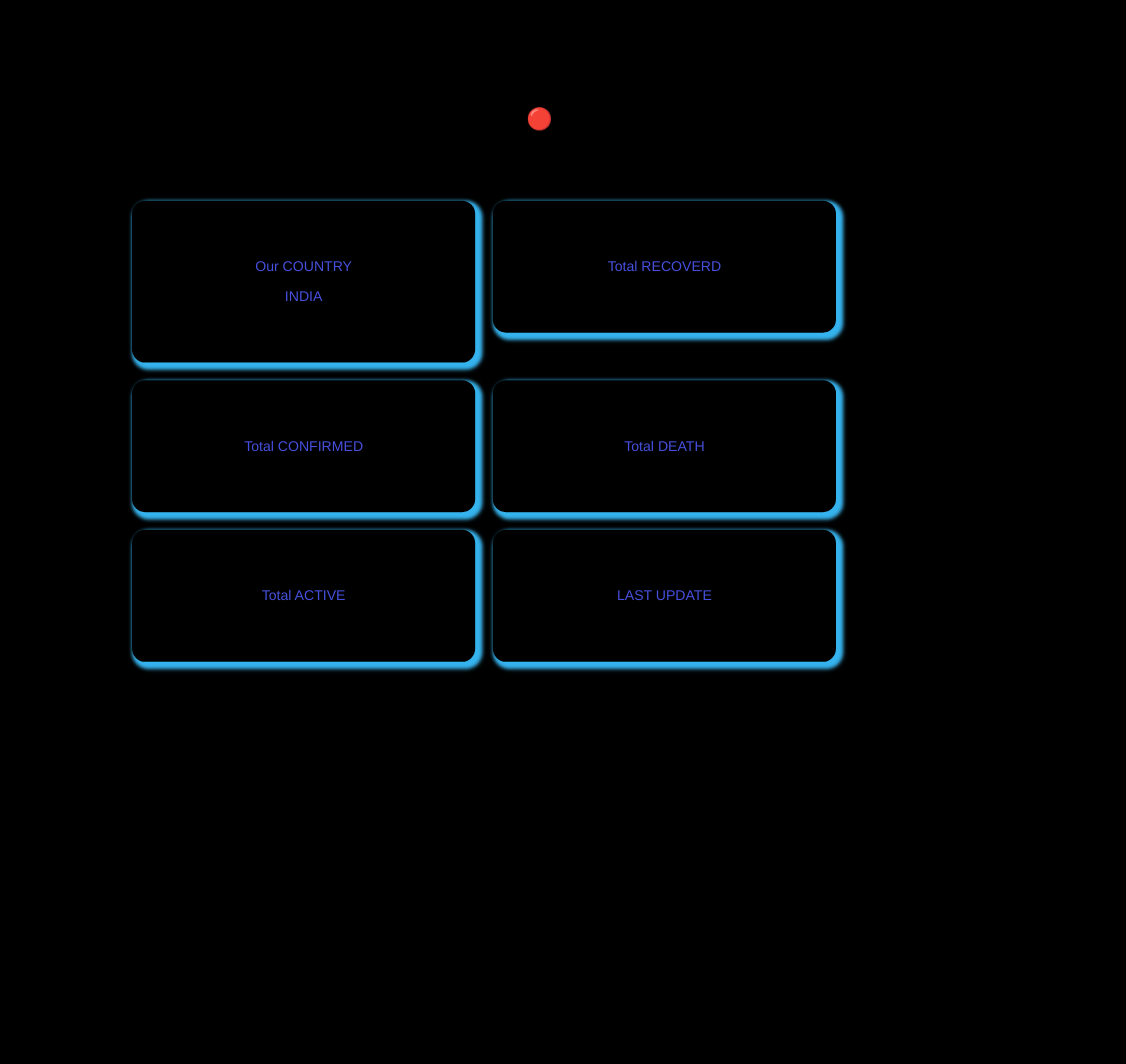
Repository: Aniketlamage/covid19-dashboard
Page: /
An editor plug-in stored every save of this project. The page is shown before and after the next save, followed by the edit.
The browser window is 1280 px wide. The pictures show the whole page, at 88% of full size.
The page's requests for data from a server got no answer. The project was rebuilt for these pictures with package versions that can differ from the ones it lists, and the page was loaded fresh each time. No one was signed in, and anything a server would have sent is missing.

Above is the page before, as saved 2021-09-30 21:00:10.

After the next save:
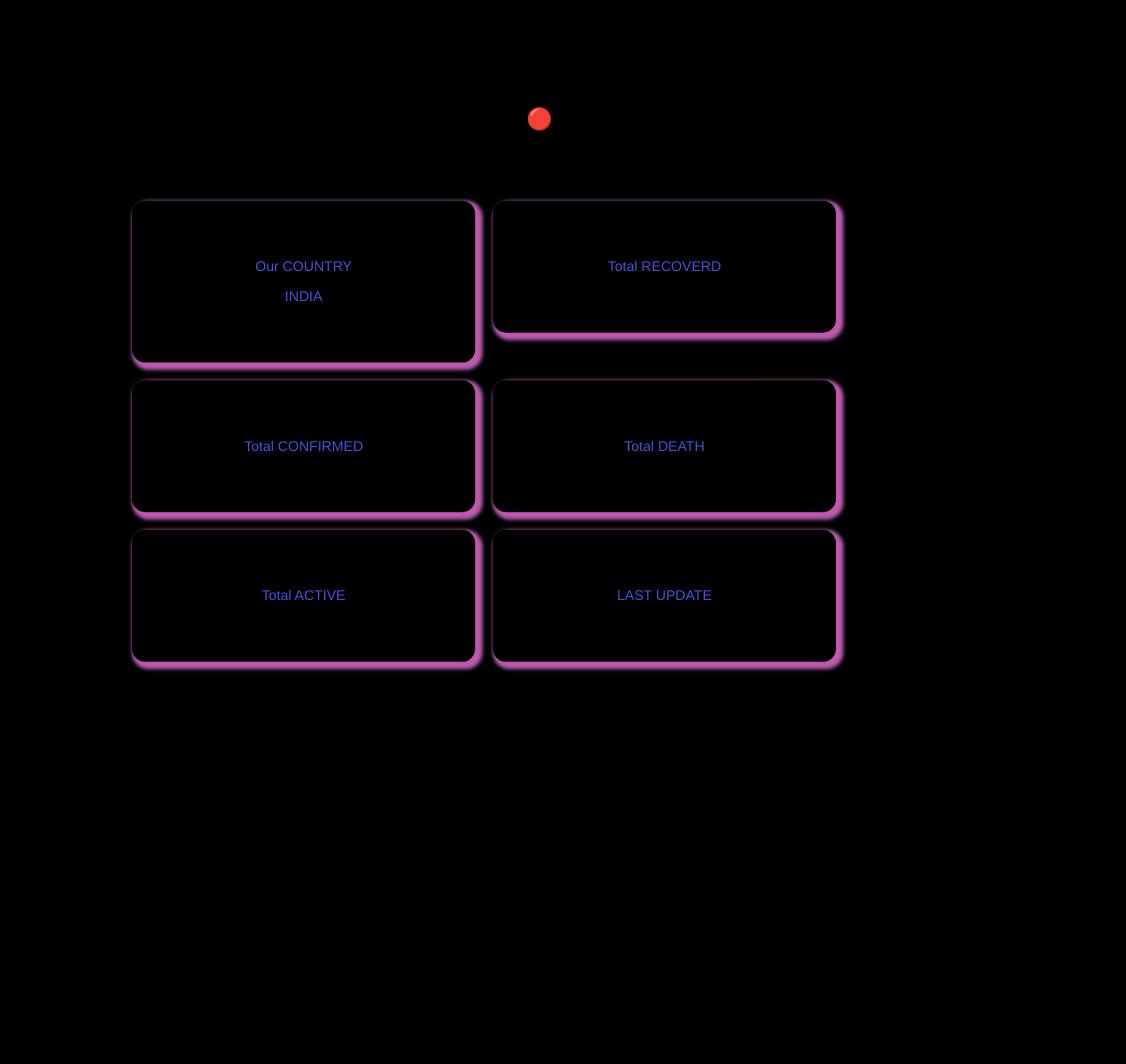
Saved 48 s later.
--- a/src/components/covid.css
+++ b/src/components/covid.css
@@ -33,7 +33,7 @@ div.card__main{
     margin: 10px;
     align-items: center;
     cursor: pointer;
-    box-shadow: 4px 4px 4px 4px #35b3ee, 5px 5px 5px 5px rgba(75, 155, 187, 0.19);
+    box-shadow: 4px 4px 4px 4px #c257b0, 5px 5px 5px 5px rgba(75, 155, 187, 0.19);
  }
 
 
